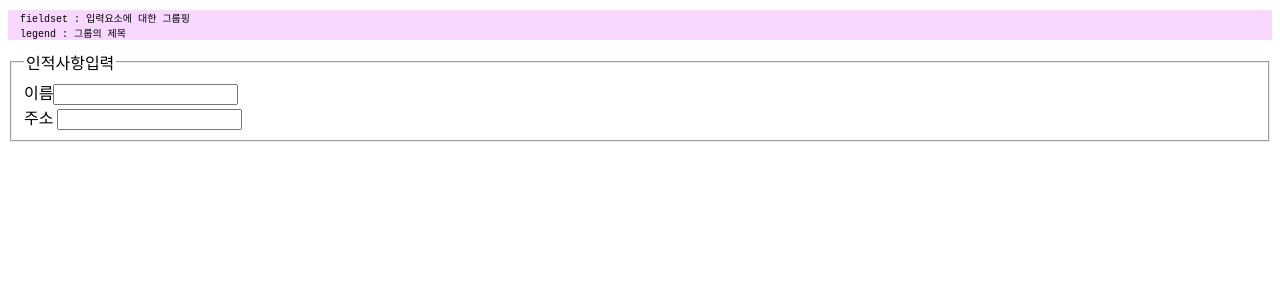
Repository: yul3220/WebProgrammingLecture
Page: webpro/WebContent/2021-01-07/필드셋.html
These files come from the project's save history. The page is drawn as it stood at one moment and after the next save; the edit follows.
The browser window is 1280 px wide. The pictures show the whole page.

Above is the page before, as saved 2021-01-07 02:09:15.

### webpro/WebContent/2021-01-07/필드셋.html
<!DOCTYPE html>
<html>
<head>
<meta charset="UTF-8">
<title>Insert title here</title>
<link rel="stylesheet" href="../css/public.css">
<style>
</style>
</head>
<body>
<pre>
  fieldset : 입력요소에 대한 그룹핑
  legend : 그룹의 제목
</pre>

<form action="">
   <fieldset>
      <legend>인적사항입력</legend>
    	  이름<input type="text" name="name"><br>
    	 주소 <input type="text" name="addr">
   </fieldset>
</form>
</body>
</html>

### webpro/WebContent/css/public.css
@charset "utf-8";
pre{
	background-color : #F9D8FF;
	font-size : 10px;
}

After the next save:
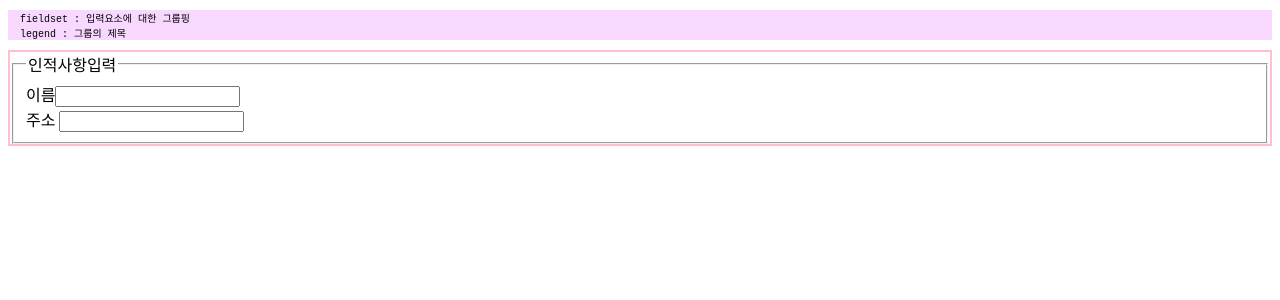
Saved 31 s later.
--- a/webpro/WebContent/2021-01-07/필드셋.html
+++ b/webpro/WebContent/2021-01-07/필드셋.html
@@ -5,6 +5,9 @@
 <title>Insert title here</title>
 <link rel="stylesheet" href="../css/public.css">
 <style>
+form{
+	border : 2px solid pink;
+}
 </style>
 </head>
 <body>
